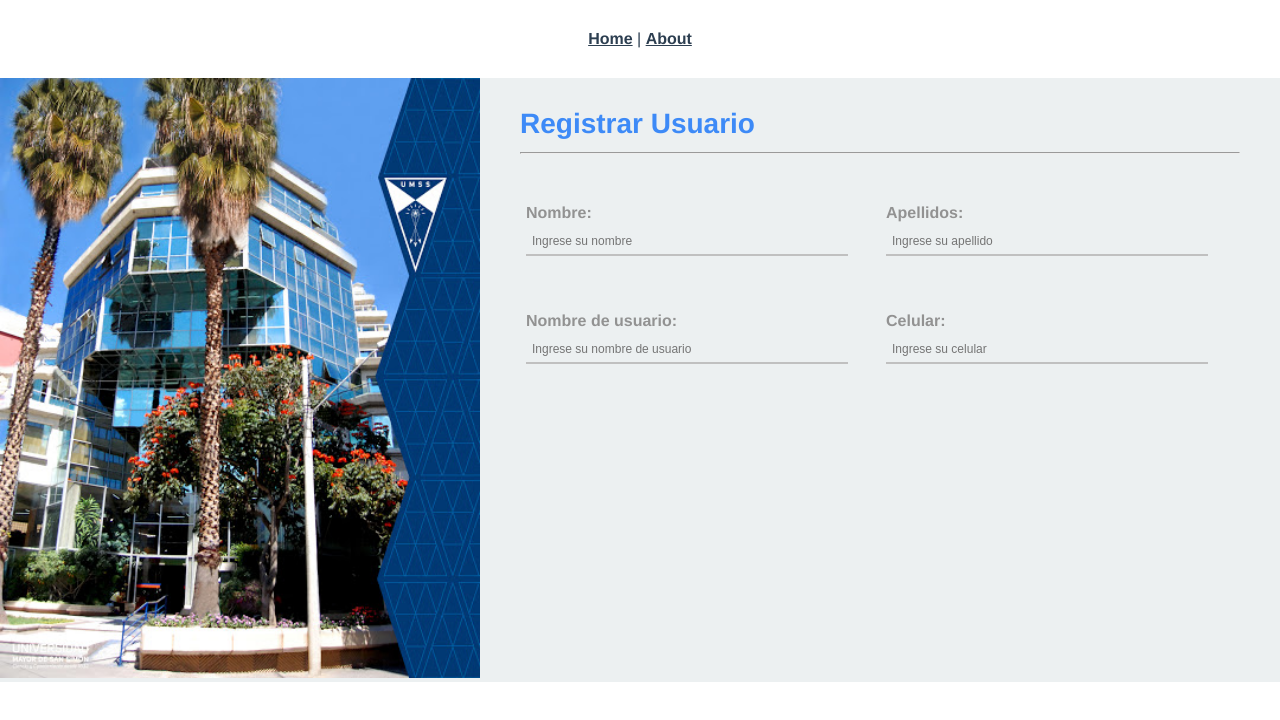
Repository: BritanyTorrico/front-cotizaciones
Page: /register
An editor plug-in stored every save of this project. The page is shown before and after the next save, followed by the edit.
The browser window is 1280 px wide. The pictures show the whole page.
The project was rebuilt for these pictures with package versions that can differ from the ones it lists, and the page was loaded fresh each time. Also part of the build but not shown: vue.config.js, src/components/HelloWorld.vue, src/views/Home.vue.

Above is the page before, as saved 2021-04-21 19:14:23.

After the next save:
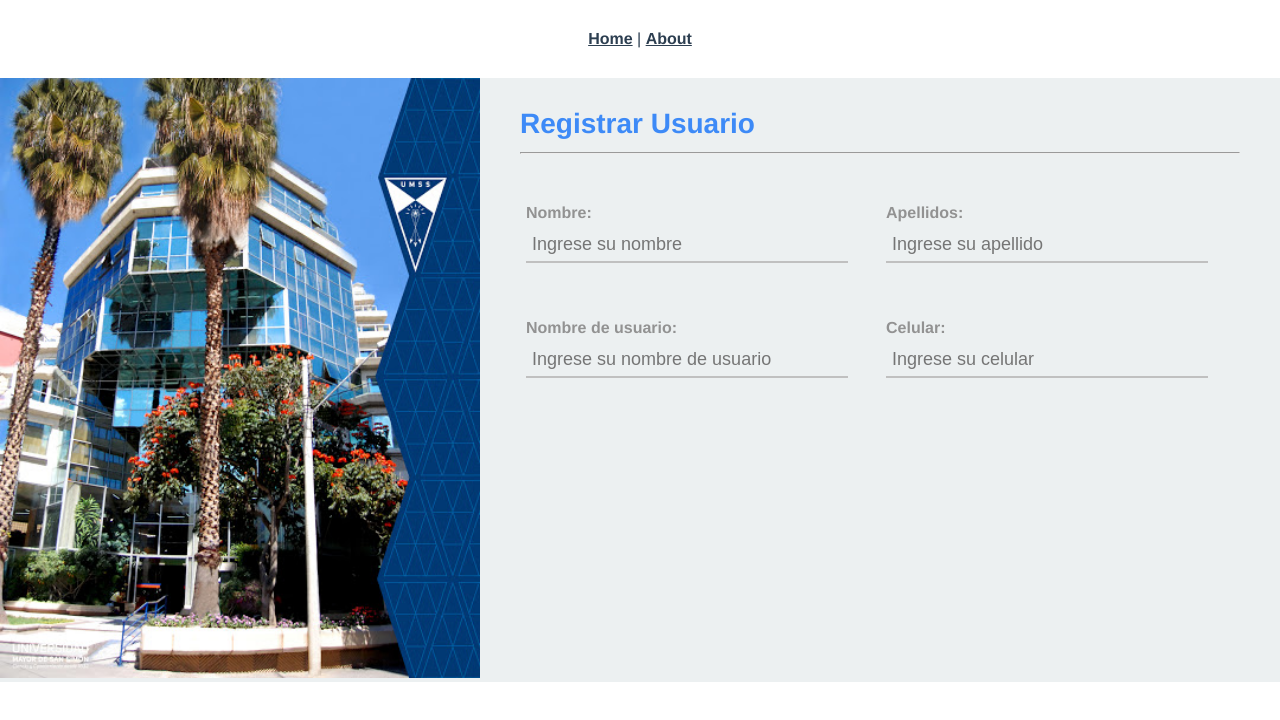
Saved 7 s later.
--- a/src/components/User/RegisterUser.vue
+++ b/src/components/User/RegisterUser.vue
@@ -108,7 +108,7 @@
   border-bottom: 2px solid var(--color-line);
   background-color: transparent;
   color: #8395a7;
-  font-size: 12px;
+  font-size: 18px;
 }
 .form__input:focus {
   background: linear-gradient(to bottom, transparent, #ced6e0);
